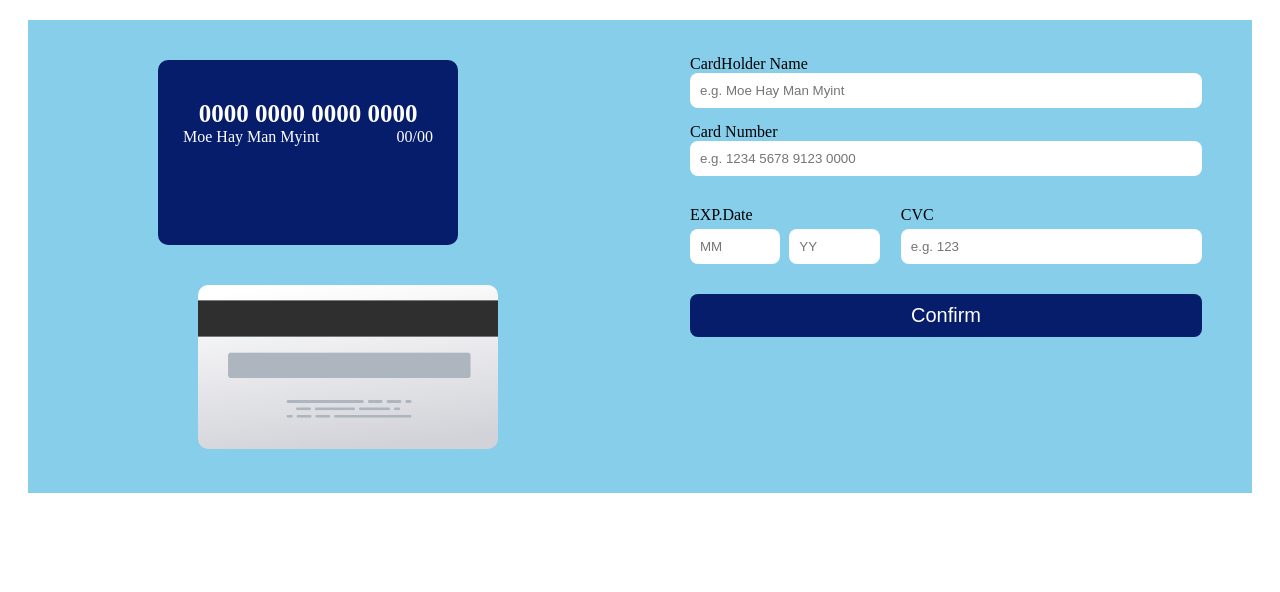
Repository: moehaymanmyint/Interactive-Card-Details-Form
Page: index.html
The author's editor kept a copy of each file at every save. The page is drawn from the files as they stood at one save, then again after the next save.
The browser window is 1280 px wide. The pictures show the whole page.

Above is the page before, as saved 2024-10-16 22:37:32.

After the next save:
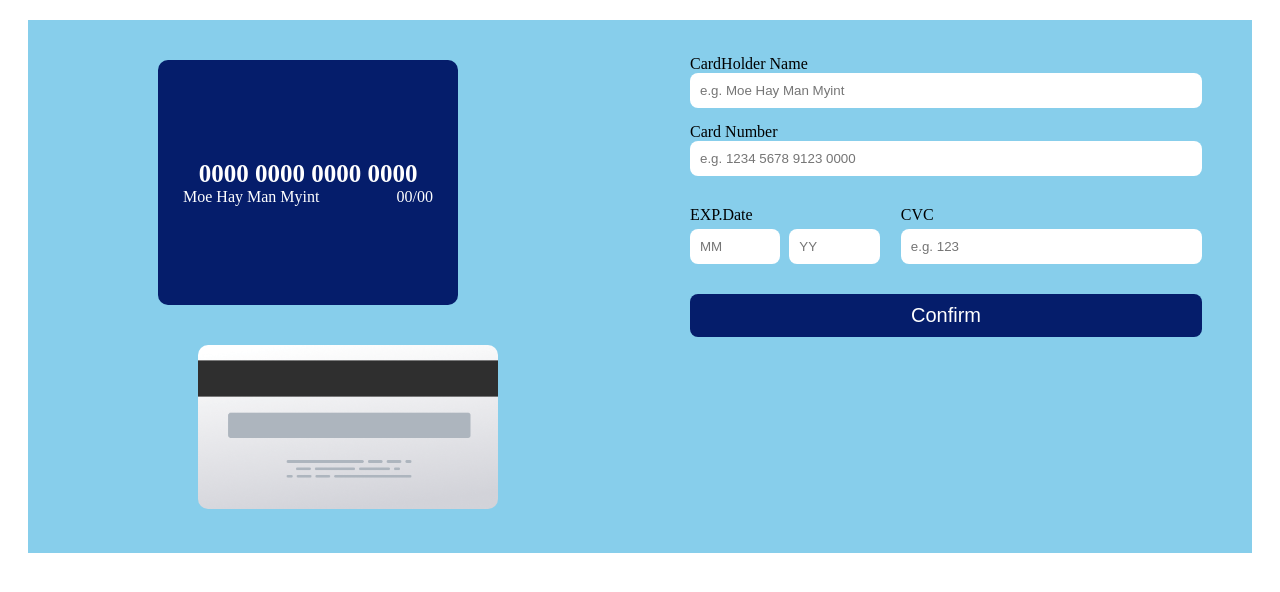
Saved 5 s later.
--- a/style.css
+++ b/style.css
@@ -19,7 +19,7 @@
     height: 120px;
     width: 250px;
     margin: 20px 80px;
-    padding-top: 40px;
+    padding-top: 100px;
 }
 
 .front-card .number{
